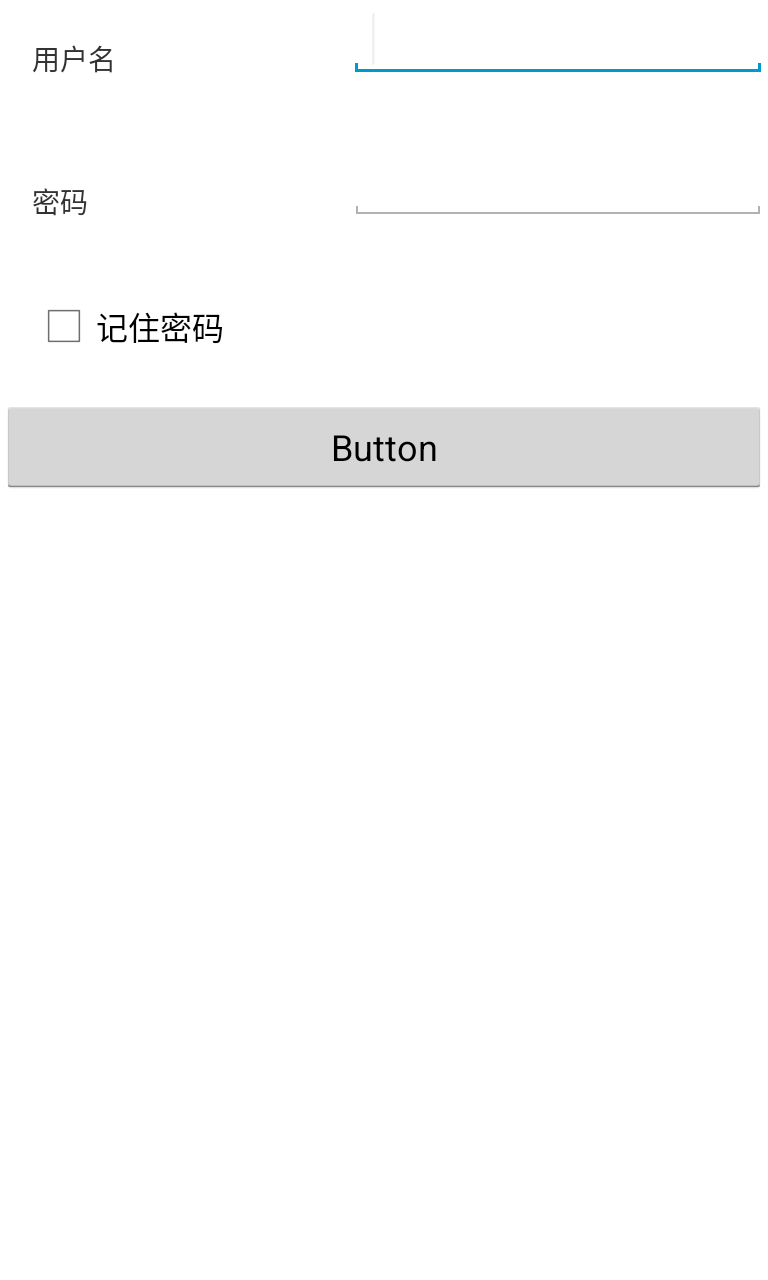
Repository: fengzixu/AndroidLearing
Layout: MyTestPrograme/AndroidDemo/res/layout/layout_save_login.xml
These files come from the project's save history. The layout is drawn as it stood at one moment and after the next save; the edit follows.
It is drawn on a 768 x 1280 px phone screen (xhdpi) without system bars, with theme AppTheme; the app's code is not run.

Above is the layout before, as saved 2015-05-06 14:26:25.

### MyTestPrograme/AndroidDemo/res/layout/layout_save_login.xml
<?xml version="1.0" encoding="utf-8"?>
<RelativeLayout xmlns:android="http://schemas.android.com/apk/res/android"
    android:layout_width="match_parent"
    android:layout_height="match_parent" >

    <Button
        android:id="@+id/button1"
        android:layout_width="match_parent"
        android:layout_height="wrap_content"
        android:layout_alignParentLeft="true"
        android:layout_below="@+id/savelogin_name_textView1"
        android:layout_marginTop="160dp"
        android:text="Button" />

    <TextView
        android:id="@+id/savelogin_passwd_textView2"
        android:layout_width="wrap_content"
        android:layout_height="wrap_content"
        android:layout_alignBottom="@+id/savelogin_passwd_editText2"
        android:layout_alignLeft="@+id/savelogin_name_textView1"
        android:gravity="right"
        android:text="密码" />

    <EditText
        android:id="@+id/savelogin_name_editText1"
        android:layout_width="wrap_content"
        android:layout_height="wrap_content"
        android:layout_alignParentRight="true"
        android:ems="10" >

        <requestFocus />
    </EditText>

    <EditText
        android:id="@+id/savelogin_passwd_editText2"
        android:layout_width="wrap_content"
        android:layout_height="wrap_content"
        android:layout_alignParentRight="true"
        android:layout_below="@+id/savelogin_name_editText1"
        android:layout_marginTop="32dp"
        android:ems="10"
        android:inputType="textPassword" />

    <CheckBox
        android:id="@+id/savelogin_checkBox1"
        android:layout_width="wrap_content"
        android:layout_height="wrap_content"
        android:layout_alignLeft="@+id/savelogin_passwd_textView2"
        android:layout_below="@+id/savelogin_passwd_textView2"
        android:layout_marginTop="36dp"
        android:text="记住密码" />

    <TextView
        android:id="@+id/savelogin_name_textView1"
        android:layout_width="wrap_content"
        android:layout_height="wrap_content"
        android:layout_alignBottom="@+id/savelogin_name_editText1"
        android:layout_alignParentLeft="true"
        android:layout_marginLeft="16dp"
        android:gravity="right"
        android:text="用户名" />

</RelativeLayout>

Loaded but not shown: MyTestPrograme/AndroidDemo/res/values/styles.xml (common file); MyTestPrograme/AndroidDemo/res/values-v11/styles.xml (common file); MyTestPrograme/AndroidDemo/res/values-v14/styles.xml (common file)

After the next save:
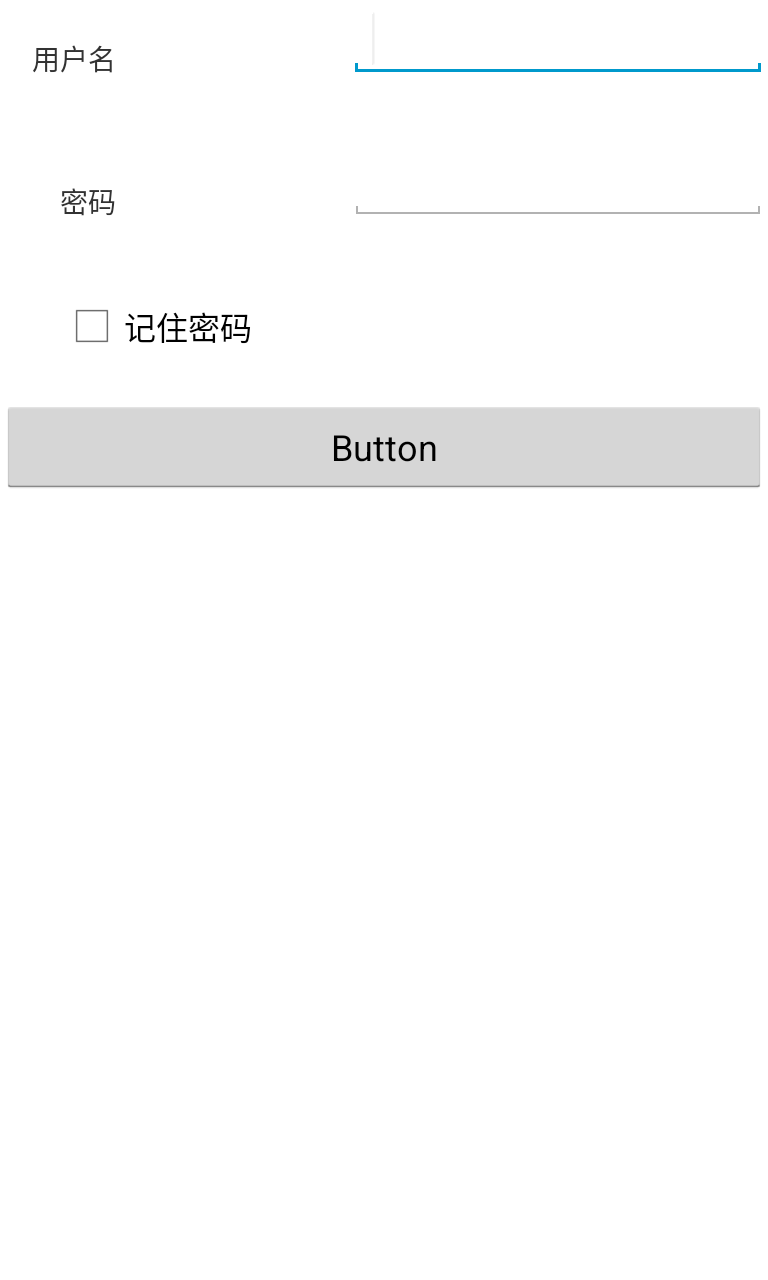
Saved 30 s later.
--- a/MyTestPrograme/AndroidDemo/res/layout/layout_save_login.xml
+++ b/MyTestPrograme/AndroidDemo/res/layout/layout_save_login.xml
@@ -17,7 +17,7 @@
         android:layout_width="wrap_content"
         android:layout_height="wrap_content"
         android:layout_alignBottom="@+id/savelogin_passwd_editText2"
-        android:layout_alignLeft="@+id/savelogin_name_textView1"
+        android:layout_alignRight="@+id/savelogin_name_textView1"
         android:gravity="right"
         android:text="密码" />
 
